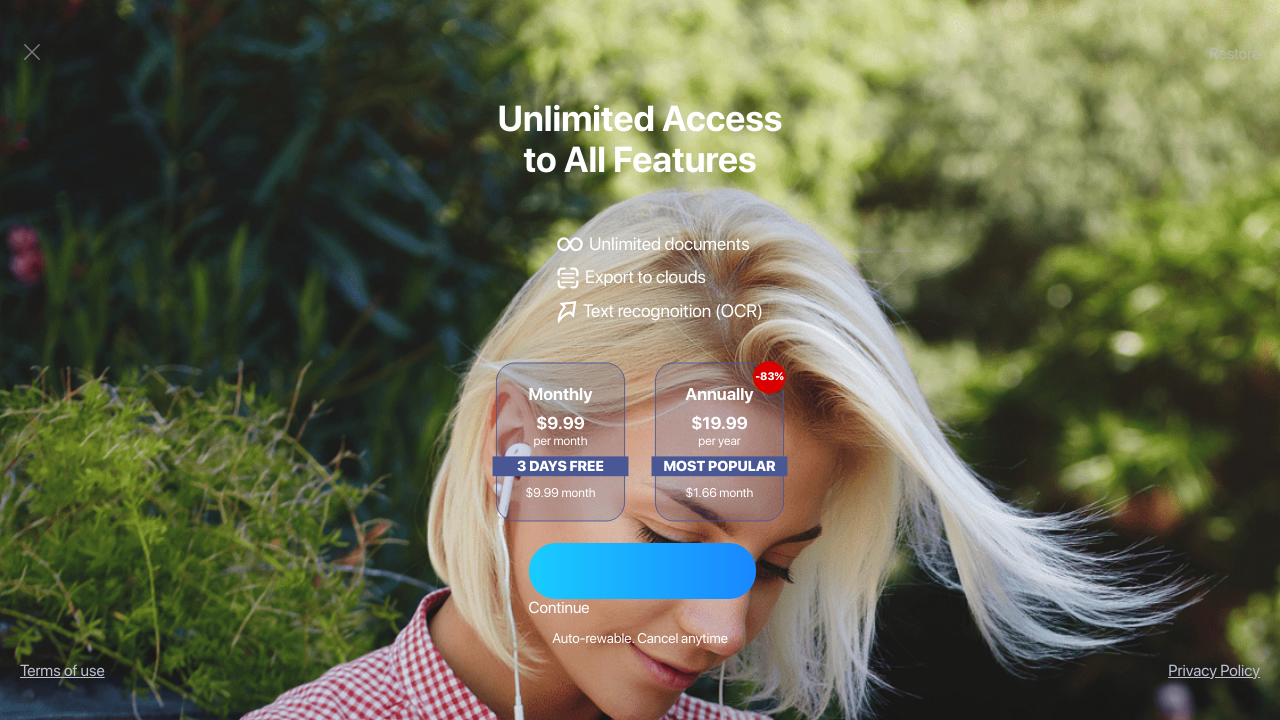
Repository: Ivan0195/bp-banner
Page: /
The author's editor kept a copy of each file at every save. The page is drawn from the files as they stood at one save, then again after a run of saves.
The browser window is 1280 px wide. The pictures show the whole page.
The project was rebuilt for these pictures with package versions that can differ from the ones it lists, and the page was loaded fresh each time. Also part of the build but not shown: webpack.config.js.

Above is the page before, as saved 2023-03-17 11:15:27.

### src/index.html
<!DOCTYPE html>
<html lang="en">

<head>
  <meta charset="UTF-8">
  <meta http-equiv="X-UA-Compatible" content="IE=edge">
  <meta name="viewport" content="width=device-width, initial-scale=1.0">
  <link rel="icon" href="img/favicon.png" type="image/png">
  <title>BP-mobile</title>
</head>

<body>


  <header>
    <a href="#"><img src="/src/img/close.svg" alt="close"></a>
    <a href="#" class="restore">Restore</a>
  </header>


  <main>

    <h1 class="titleText">Unlimited Access to All Features</h1>

    <ul>
      <li>
        <img src="/src/img/unlimitedDocs.svg"/>
        Unlimited documents
      </li>
      <li><img src="/src/img/noAds.svg" />Export to clouds</li>
      <li><img src="/src/img/export.svg" />Text recognoition (OCR)</li>
    </ul>

    <div class="subscriptionsBlock">

      <div id="month" class="subscriptionMonthlyBlock">
        <span class="title">Monthly</span>
        <div class="subscriptionPriceBlock">
          <span class="bigPrice">$9.99</span>
          <span class="smallText">per month</span>
        </div>
        <span class="promotionLine">3 days free</span>
        <span class="smallText">$9.99 month</span>
      </div>

      <div id="year" class="subscriptionAnnualyBlock">
        <div class="discountTag">-83%</div>
        <span class="title">Annually</span>
        <div class="subscriptionPriceBlock">
          <span class="bigPrice">$19.99</span>
          <span class="smallText">per year</span>
        </div>
        <span class="promotionLine">most popular</span>
        <span class="smallText">$1.66 month</span>
      </div>

    </div>

    <form id="button">
      <input ty class="continueButton">Continue</input>
    </form>
      <span class="smallText">Auto-rewable. Cancel anytime</span>
  </main>


  <footer>
    <a href='#'>Terms of use</a>
    <a href='#'>Privacy Policy</a>
  </footer>


</body>
</html>

### src/index.js
import './index.html';
import './index.scss';

const month = document.getElementById('month');
const year = document.getElementById('year');
const button = document.getElementById('button');

const onElementSelect = (element, target, link) => {
    element.style.scale = 0.9;
    element.style.opacity = 0.5;
    target.style.scale = 1;
    target.style.opacity = 1;
    button.href = link;
}

month.onclick = () => onElementSelect(year, month, 'https://apple.com/');
year.onclick = () => onElementSelect(month, year, 'https://google.com/ ');

### src/style/_fonts.scss
@font-face {
  font-family: 'SFPro';
  src: url('../fonts/SFProDisplay-Regular.woff2') format('woff2'),
    url('../fonts/SFProDisplay-Regular.woff') format('woff');
}

@font-face {
  font-family: 'SFPro-Bold';
    src: url('../fonts/SFProDisplay-Bold.woff2') format('woff2'),
      url('../fonts/SFProDisplay-Bold.woff') format('woff');
  }

  @font-face {
    font-family: 'SFPro-Heavy';
    src: url('../fonts/SFProDisplay-Heavy.woff2') format('woff2'),
      url('../fonts/SFProDisplay-Heavy.woff') format('woff');
  }

### src/style/_var.scss
$textPrimary: #FFFFFF;
$textSecondary: #BDC0D0;
@mixin FlexCenter {
    display: flex;
    align-items: center;
    justify-content: center;
}

### src/style/_style.scss
body {
  font-family: 'SFPro';
  color: $textPrimary;
  background-image: url("/src/img/background-image.png");
  background-size: cover;
  padding: 40px 20px;
  display: flex;
  flex-direction: column;
  align-items: center;
  justify-content: space-between;
  box-sizing: border-box;
  height: 100vh;
}

header {
  @include FlexCenter;
  justify-content: space-between;
  width: 100%;
}

main {
  @include FlexCenter;
  flex-direction: column;
  justify-content: flex-end;
  height: 100%;
  row-gap: 12px;
  padding-bottom: 16px;
}

ul {
  list-style-type: none;
  font-size: 18px;
  display: flex;
  flex-direction: column;
  row-gap: 12px;
}

li {
  display: flex;
  column-gap: 6px;
}

footer {
  width: 100%;
  @include FlexCenter;
  justify-content: space-between;
  color: $textSecondary;
  text-decoration: underline;
}

a {
  text-decoration: none;
  color: $textSecondary;
}

a:visited {
  text-decoration: none;
  color: $textSecondary;
}

.restore {
opacity: 0.6;
}

.titleText {
  width: 286px;
  text-align: center;
  font-family: 'SFPro-Bold';
  font-size: 36px;
}

.subscriptionsBlock {
  @include FlexCenter;
  column-gap: 8px;
}

.subscriptionMonthlyBlock {
  @include FlexCenter;
  flex-direction: column;
  row-gap: 10px;
  background-image: url('/src/img/shape-1.svg');
  height: 178px;
  width: 151px;
  background-size: contain;
  background-repeat: no-repeat;
  background-position: top;
  scale: 0.9;
  transition: all .5s
}

.subscriptionAnnualyBlock {
  position: relative;
  @extend .subscriptionMonthlyBlock;
  background-image: url('/src/img/shape-2.svg');
}

.subscriptionPriceBlock {
  @include FlexCenter;
  flex-direction: column;
}

.title {
  font-family: 'SFPro-bold';
    font-size: 19px;
}

.bigPrice {
  font-family: 'SFPro-bold';
  font-size: 19px;
}

.promotionLine {
  @include FlexCenter;
  background-color: #495795;
  width: 100%;
  text-align: center;
  font-family: 'SFPro-Heavy';
  text-transform: uppercase;
  height: 22px;
}

.smallText {
  font-size: 14px
}

.discountTag {
  @include FlexCenter;
  height: 36px;
  width: 36px;
  border-radius: 50%;
  background-color: #DB0000;
  position: absolute;
  font-family: 'SFPro-Heavy';
  font-size: 12px;
  top: -1px;
  right: 2px;
}

.continueButton {
  @include FlexCenter;
  width: 100%;
  background: linear-gradient(270deg, #1987FF 0%, #19CCFF 100%);
  border: none;
  height: 54px;
  border-radius: 27px;
  font-family: 'SFPro';
  font-size: 17px;
  color: $textPrimary
}

Loaded but not shown: src/index.scss (common file)

After the next 3 saves:
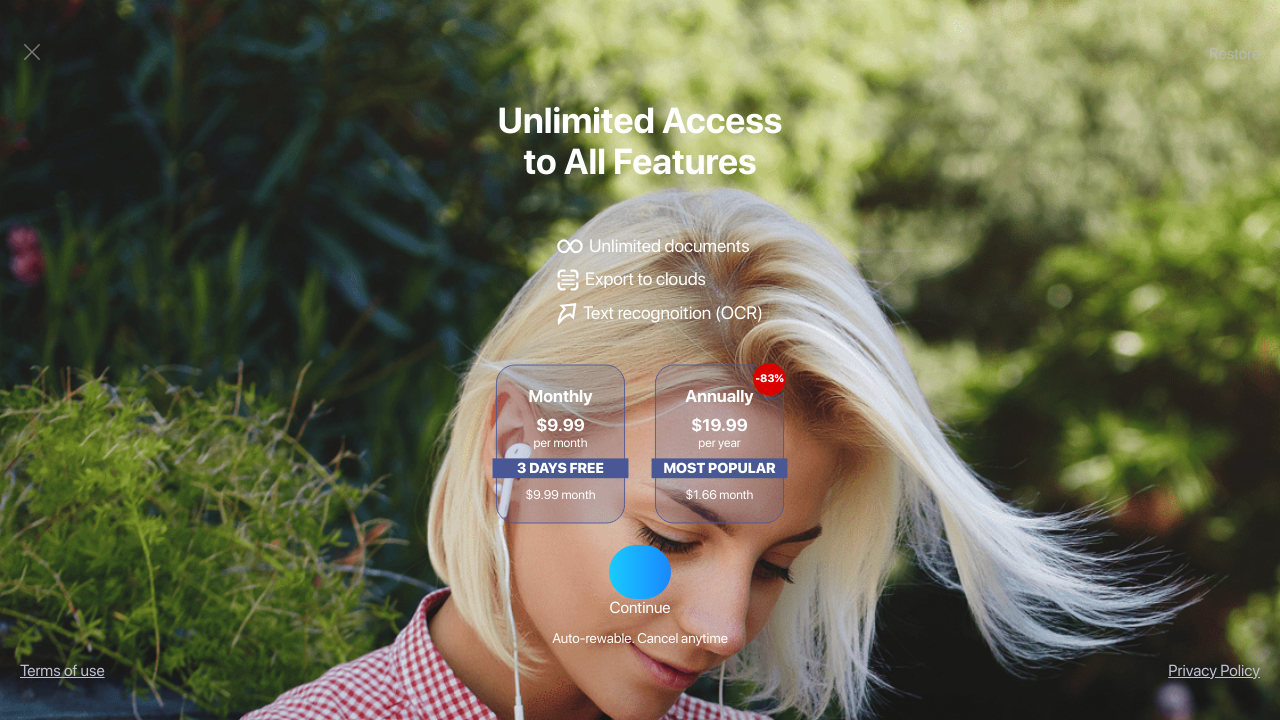
The 3 saves are shown as one change because they came seconds apart.
The last was saved 8 s later.
--- a/src/index.html
+++ b/src/index.html
@@ -57,7 +57,7 @@
     </div>
 
     <form id="button">
-      <input ty class="continueButton">Continue</input>
+      <input type="submit" value="" class="continueButton">Continue</input>
     </form>
       <span class="smallText">Auto-rewable. Cancel anytime</span>
   </main>
